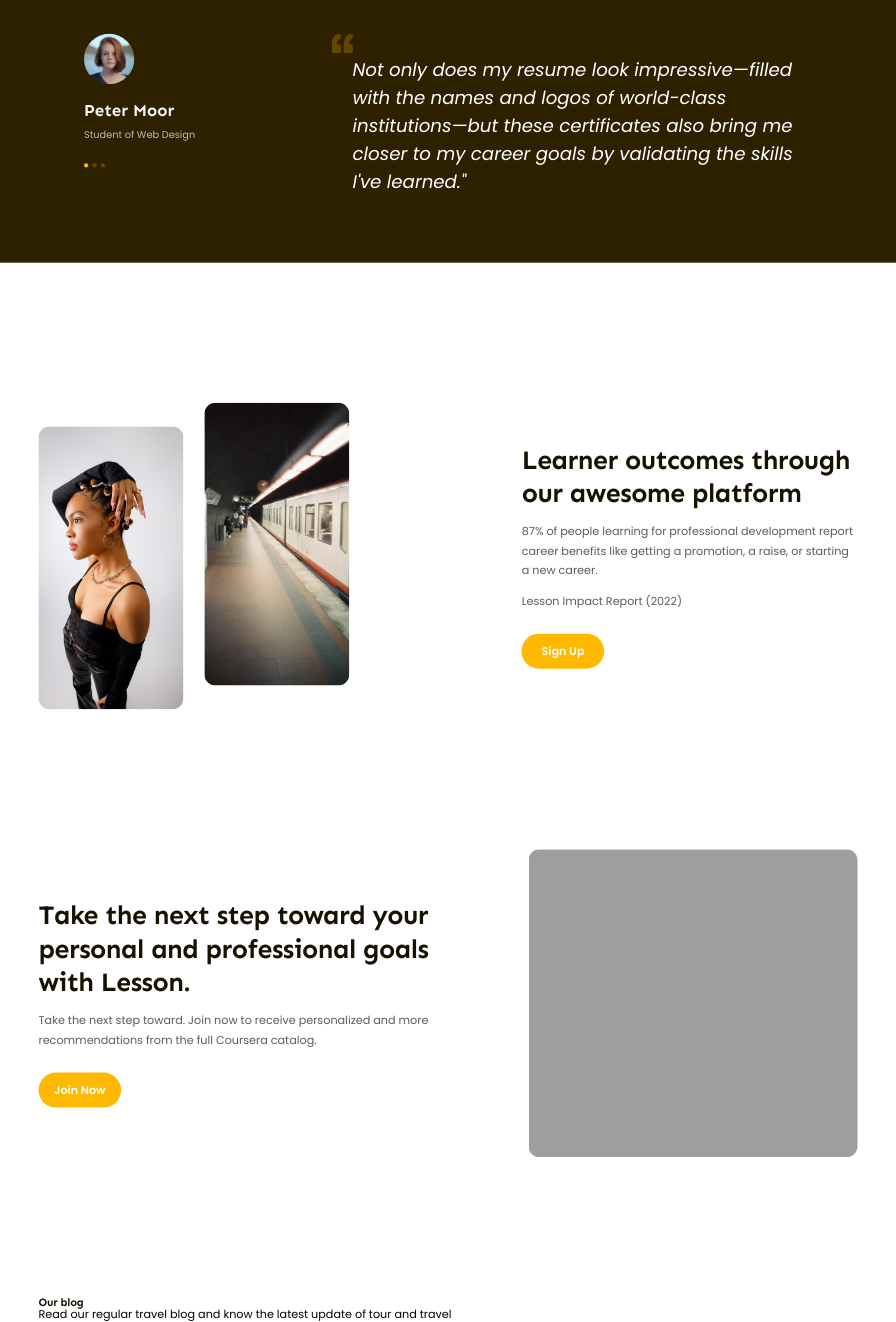
Repository: nguyenkhai1311/project-02
Page: index.html
The author's editor kept a copy of each file at every save. The page is drawn from the files as they stood at one save, then again after the next save.
The browser window is 1280 px wide. The pictures show the part of the page from y = 1996 to 3916 px (the page is 3884 px tall before and 3916 px after), at 70% of full size.
Pictures or frames that could not be fetched are drawn as grey boxes.

Above is the page before, as saved 2023-04-01 16:25:33.

### index.html
<!DOCTYPE html>
<html lang="en">
    <head>
        <meta charset="UTF-8" />
        <meta http-equiv="X-UA-Compatible" content="IE=edge" />
        <meta name="viewport" content="width=device-width, initial-scale=1.0" />
        <title>Project-02</title>

        <!-- Reset Css -->
        <link rel="stylesheet" href="./assets/css/reset.css" />

        <!-- Embed Fonts -->
        <link rel="preconnect" href="https://fonts.googleapis.com" />
        <link rel="preconnect" href="https://fonts.gstatic.com" crossorigin />
        <link
            href="https://fonts.googleapis.com/css2?family=Poppins:ital,wght@0,400;0,500;0,600;1,400&family=Sen:wght@700&display=swap"
            rel="stylesheet"
        />
        <!-- Style Css -->
        <link rel="stylesheet" href="./assets/css/style.css" />
    </head>
    <body>
        <!-- Header -->
        <div>
            <header class="header fixed">
                <div class="main-content">
                    <div class="navbar">
                        <!-- Logo -->
                        <img
                            src="./assets/img/Logo.svg"
                            alt="Lesson."
                            class="logo"
                        />

                        <!-- Navigation -->
                        <nav class="nav">
                            <ul>
                                <li class="active">
                                    <a href="#!">Home</a>
                                </li>
                                <li>
                                    <a href="#!">Courses</a>
                                </li>
                                <li>
                                    <a href="#!">Pricing</a>
                                </li>
                                <li>
                                    <a href="#!">Reviews</a>
                                </li>
                            </ul>
                        </nav>

                        <!-- Action -->
                        <div class="action">
                            <a href="#!" class="btn action-link">Sign Up</a>
                        </div>
                    </div>
                </div>
            </header>

            <main>
                <!-- Hero -->
                <div class="hero">
                    <div class="main-content">
                        <div class="body">
                            <div class="media-block">
                                <img
                                    src="./assets/img/hero-img.jpg"
                                    alt="Learn without limits and spread knowledge."
                                    class="hero-img"
                                />
                                <div class="hero-summary">
                                    <div class="item">
                                        <div class="icon">
                                            <img
                                                src="./assets/icon/list.svg"
                                                alt=""
                                            />
                                        </div>
                                        <div class="info">
                                            <p class="label">20 Courses</p>
                                            <div class="title">
                                                UI/UX Design
                                            </div>
                                        </div>
                                    </div>
                                    <div class="item">
                                        <div class="icon">
                                            <img
                                                src="./assets/icon/code.svg"
                                                alt=""
                                            />
                                        </div>
                                        <div class="info">
                                            <p class="label">20 Courses</p>
                                            <div class="title">Development</div>
                                        </div>
                                    </div>
                                    <div class="item">
                                        <div class="icon">
                                            <img
                                                src="./assets/icon/speaker.svg"
                                                alt=""
                                            />
                                        </div>
                                        <div class="info">
                                            <p class="label">30 Courses</p>
                                            <div class="title">Marketing</div>
                                        </div>
                                    </div>
                                </div>
                            </div>

                            <div class="content-block">
                                <h1 class="heading lv1">
                                    Learn without limits and spread knowledge.
                                </h1>
                                <p class="desc">
                                    Build new skills for that “this is my year”
                                    feeling with courses, certificates, and
                                    degrees from world-class universities and
                                    companies.
                                </p>
                                <div class="cta-group">
                                    <a href="#!" class="btn hero-cta"
                                        >See Courses</a
                                    >
                                    <button class="watch-video">
                                        <div class="icon">
                                            <img
                                                src="./assets/icon/play.svg"
                                                alt=""
                                            />
                                        </div>
                                        <span>Watch Video</span>
                                    </button>
                                </div>
                                <p class="desc">Recent engagement</p>
                                <p class="desc stats">
                                    <strong>50K</strong> Students
                                    <strong>70+</strong> Courses
                                </p>
                            </div>
                        </div>
                    </div>
                </div>

                <!-- Popular -->
                <div class="popular">
                    <div class="main-content">
                        <div class="popular-top">
                            <div class="title">
                                <h2 class="heading lv2">Our popular courses</h2>
                                <p class="desc">
                                    Build new skills with new trendy courses and
                                    shine for the next future career.
                                </p>
                            </div>
                            <div class="controls">
                                <button class="control-btn">
                                    <svg
                                        width="8"
                                        height="14"
                                        viewBox="0 0 8 14"
                                        fill="none"
                                        xmlns="http://www.w3.org/2000/svg"
                                    >
                                        <path
                                            d="M7 1L1 7L7 13"
                                            stroke="currentColor"
                                            stroke-linecap="round"
                                            stroke-linejoin="round"
                                        />
                                    </svg>
                                </button>
                                <button class="control-btn">
                                    <svg
                                        width="8"
                                        height="14"
                                        viewBox="0 0 8 14"
                                        fill="none"
                                        xmlns="http://www.w3.org/2000/svg"
                                    >
                                        <path
                                            d="M1 1L7 7L1 13"
                                            stroke="currentColor"
                                            stroke-linecap="round"
                                            stroke-linejoin="round"
                                        />
                                    </svg>
                                </button>
                            </div>
                        </div>
                        <div class="course-list">
                            <div class="course-item">
                                <a href="#!">
                                    <img
                                        src="./assets/img/course-1.jpg"
                                        alt="Basic web design"
                                        class="thumb"
                                    />
                                </a>
                                <div class="info">
                                    <div class="head">
                                        <h3 class="title">
                                            <a href="#!" class="line-clamp">
                                                Basic web design
                                            </a>
                                        </h3>
                                        <div class="rating">
                                            <img
                                                src="./assets/icon/star.svg"
                                                alt=""
                                                class="star"
                                            />
                                            <span class="value">4.5</span>
                                        </div>
                                    </div>
                                    <p class="desc line-clamp line-2 break-all">
                                        Get the best course, gain knowledge and
                                        shine for your future career.
                                    </p>
                                    <div class="foot">
                                        <p class="price">$120.75</p>
                                        <a class="btn book-btn" href="#!"
                                            >Book Now</a
                                        >
                                    </div>
                                </div>
                            </div>
                            <div class="course-item">
                                <a href="#!">
                                    <img
                                        src="./assets/img/course-2.jpg"
                                        alt="UI/UX design"
                                        class="thumb"
                                    />
                                </a>
                                <div class="info">
                                    <div class="head">
                                        <h3 class="title">
                                            <a href="#!" class="line-clamp">
                                                UI/UX design
                                            </a>
                                        </h3>
                                        <div class="rating">
                                            <img
                                                src="./assets/icon/star.svg"
                                                alt=""
                                            />
                                            <span class="value">4.5</span>
                                        </div>
                                    </div>
                                    <p class="desc line-clamp line-2 break-all">
                                        Get the best course, gain knowledge and
                                        shine for your future career.
                                    </p>
                                    <div class="foot">
                                        <p class="price">$120.75</p>
                                        <a class="btn book-btn" href="#!"
                                            >Book Now</a
                                        >
                                    </div>
                                </div>
                            </div>
                            <div class="course-item">
                                <a href="#!">
                                    <img
                                        src="./assets/img/course-3.jpg"
                                        alt="Web App design"
                                        class="thumb"
                                    />
                                </a>
                                <div class="info">
                                    <div class="head">
                                        <p class="title">
                                            <a href="#!" class="line-clamp">
                                                Web App design
                                            </a>
                                        </p>
                                        <div class="rating">
                                            <img
                                                src="./assets/icon/star.svg"
                                                alt=""
                                            />
                                            <span class="value">4.5</span>
                                        </div>
                                    </div>
                                    <p class="desc line-clamp line-2 break-all">
                                        Get the best course, gain knowledge and
                                        shine for your future career.
                                    </p>
                                    <div class="foot">
                                        <p class="price">$120.75</p>
                                        <a class="btn book-btn" href="#!"
                                            >Book Now</a
                                        >
                                    </div>
                                </div>
                            </div>
                        </div>
                    </div>
                </div>

                <!-- Feedback -->
                <div class="feedback">
                    <div class="main-content">
                        <div class="feedback-list">
                            <div class="feedback-item">
                                <div class="info">
                                    <img
                                        src="./assets/img/feedback-avatar.jpg"
                                        alt="Peter Moor"
                                        class="avatar"
                                    />
                                    <p class="title">Peter Moor</p>
                                    <p class="desc">Student of Web Design</p>
                                    <div class="dots">
                                        <span class="dot active"></span>
                                        <span class="dot"></span>
                                        <span class="dot"></span>
                                    </div>
                                </div>
                                <div class="content">
                                    <img
                                        src="./assets/icon/open-quotes.svg"
                                        alt=""
                                        class="open-quotes"
                                    />
                                    <blockquote>
                                        Not only does my resume look
                                        impressive—filled with the names and
                                        logos of world-class institutions—but
                                        these certificates also bring me closer
                                        to my career goals by validating the
                                        skills I've learned."
                                    </blockquote>
                                </div>
                            </div>
                        </div>
                    </div>
                </div>

                <!-- Features 1 -->
                <div class="features">
                    <div class="main-content">
                        <div class="body">
                            <div class="images">
                                <img
                                    src="./assets/img/features-1.jpg"
                                    alt=""
                                    class="lower"
                                />
                                <img src="./assets/img/features-2.jpg" alt="" />
                            </div>
                            <div class="content">
                                <h2 class="heading lv2">
                                    Learner outcomes through our awesome
                                    platform
                                </h2>
                                <p class="desc">
                                    87% of people learning for professional
                                    development report career benefits like
                                    getting a promotion, a raise, or starting a
                                    new career.
                                </p>
                                <p class="desc">Lesson Impact Report (2022)</p>
                                <a href="" class="btn cta-btn">Sign Up</a>
                            </div>
                        </div>
                    </div>
                </div>

                <!-- Features 2 -->
                <div class="features features-2nd">
                    <div class="main-content">
                        <div class="body">
                            <div class="images">
                                <img src="./assets/img/features-3.jpg" alt="" />
                            </div>
                            <div class="content">
                                <h2 class="heading lv2">
                                    Take the next step toward your personal and
                                    professional goals with Lesson.
                                </h2>
                                <p class="desc">
                                    Take the next step toward. Join now to
                                    receive personalized and more
                                    recommendations from the full Coursera
                                    catalog.
                                </p>
                                <a href="" class="btn cta-btn">Join Now</a>
                            </div>
                        </div>
                    </div>
                </div>

                <!-- Blog -->
                <div class="blog">
                    <div class="main-content">
                        <div class="body">
                            <div class="title">
                                <h2 class="heading">Our blog</h2>
                                <p class="desc">
                                    Read our regular travel blog and know the
                                    latest update of tour and travel
                                </p>
                            </div>
                        </div>
                    </div>
                </div>
            </main>
        </div>
    </body>
</html>

Loaded but not shown: assets/css/reset.css (common file); assets/css/style.css (561 lines, source omitted)

After the next save:
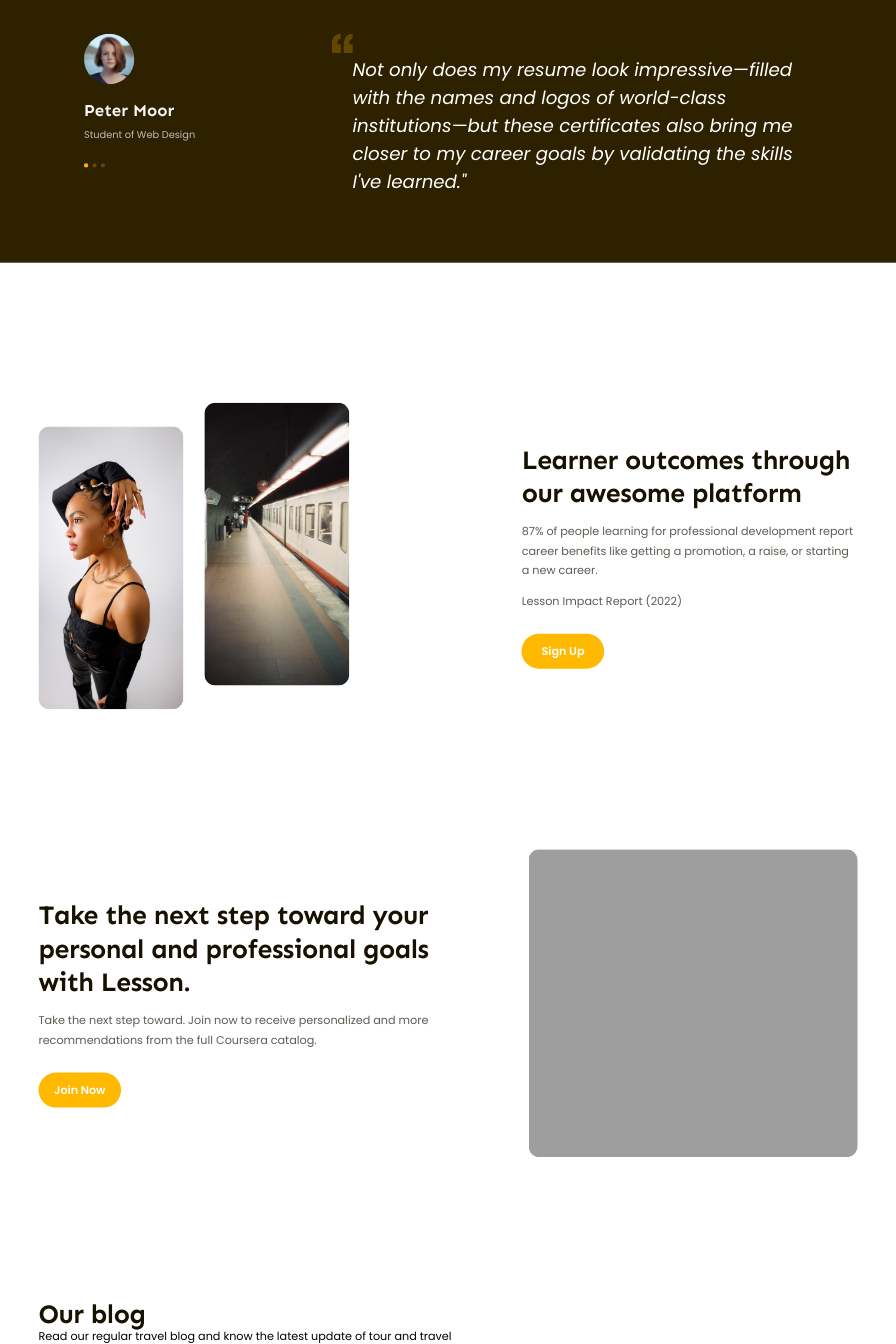
Saved 11 s later.
--- a/index.html
+++ b/index.html
@@ -400,7 +400,7 @@
                     <div class="main-content">
                         <div class="body">
                             <div class="title">
-                                <h2 class="heading">Our blog</h2>
+                                <h2 class="heading lv2">Our blog</h2>
                                 <p class="desc">
                                     Read our regular travel blog and know the
                                     latest update of tour and travel
